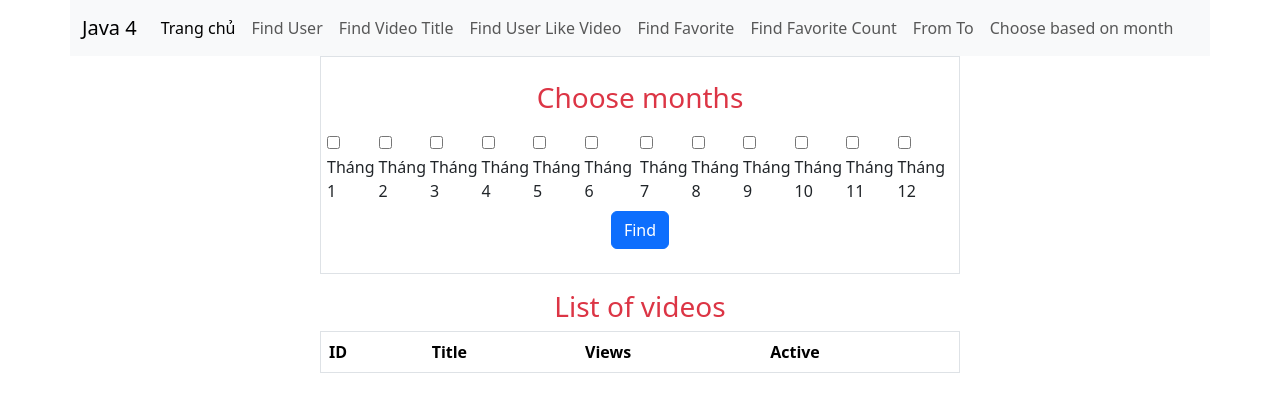
Repository: DanielNine9/java_servlet
Page: http://localhost/lab6/find/choose-month
The author's editor kept a copy of each file at every save. The page is drawn from the files as they stood at one save, then again after the next save.
The browser window is 1280 px wide. The pictures show the whole page.
The page is served by Tomcat 9.

Above is the page before, as saved 2024-07-17 09:43:13.

After the next save:
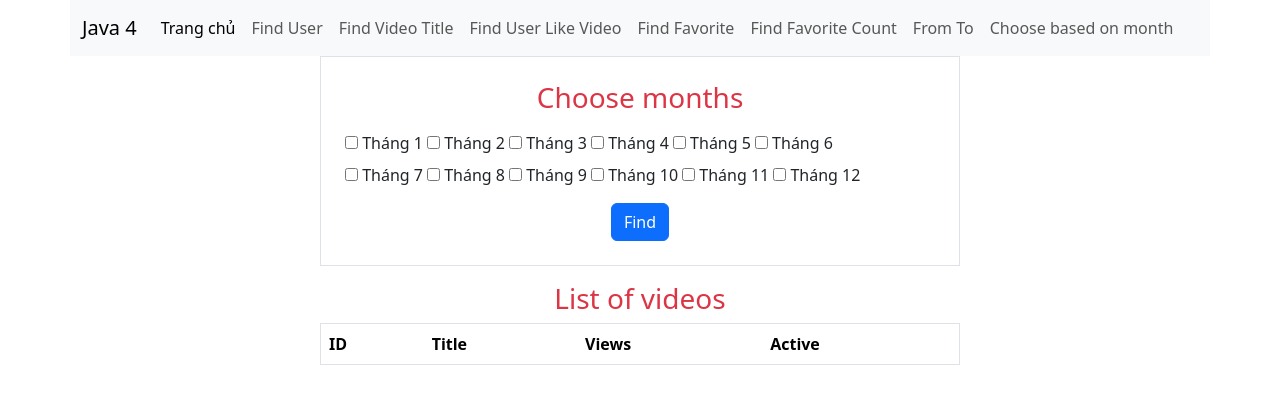
Saved 49 s later.
--- a/lab6/src/main/webapp/lab6/chooseMonth.jsp
+++ b/lab6/src/main/webapp/lab6/chooseMonth.jsp
@@ -19,7 +19,7 @@
 	<form method="post" action="/lab6/find/from-to"
 		class="w-50 mx-auto p-4 border">
 		<h3 class="text-center text-danger">Choose months</h3>
-		<div class="d-flex gap-2 py-2 justify-content-center">
+		<div class="d-flex flex-column gap-2 py-2 justify-content-center">
 			<div class="d-flex gap-1">
 				<div>
 					<input name="months" type="checkbox" id="1"> <label for="1">Tháng
